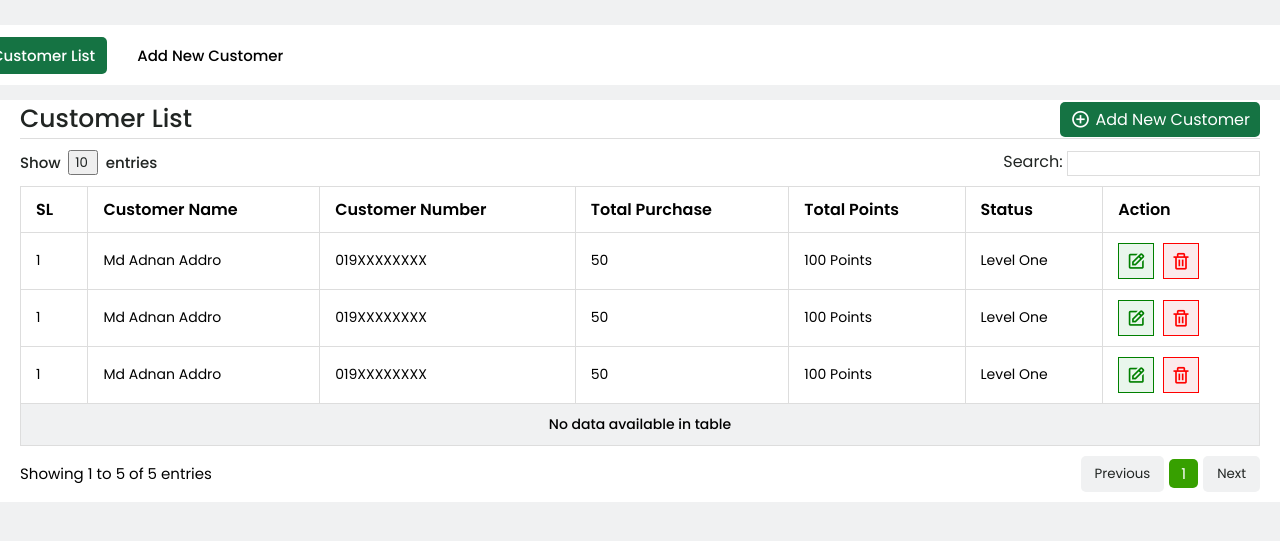
Repository: codebyaddro/customer-page
Page: customer.html
The author's editor kept a copy of each file at every save. The page is drawn from the files as they stood at one save, then again after the next save.
The browser window is 1280 px wide. The pictures show the whole page.

Above is the page before, as saved 2025-02-20 14:29:47.

After the next save:
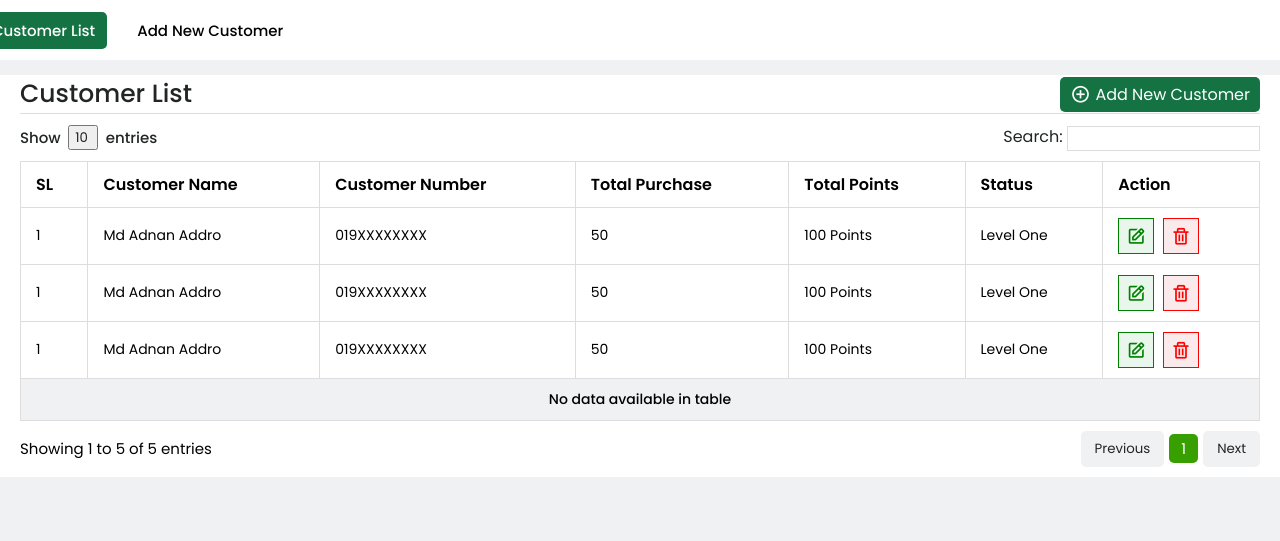
Saved 59 s later.
--- a/css/customer.css
+++ b/css/customer.css
@@ -41,7 +41,7 @@
 
 .cba-customer-container {
     width: 100%;
-    margin-top: 25px;
+    /* margin-top: 25px; */
 }
 
 /* -- top menus style--  */
